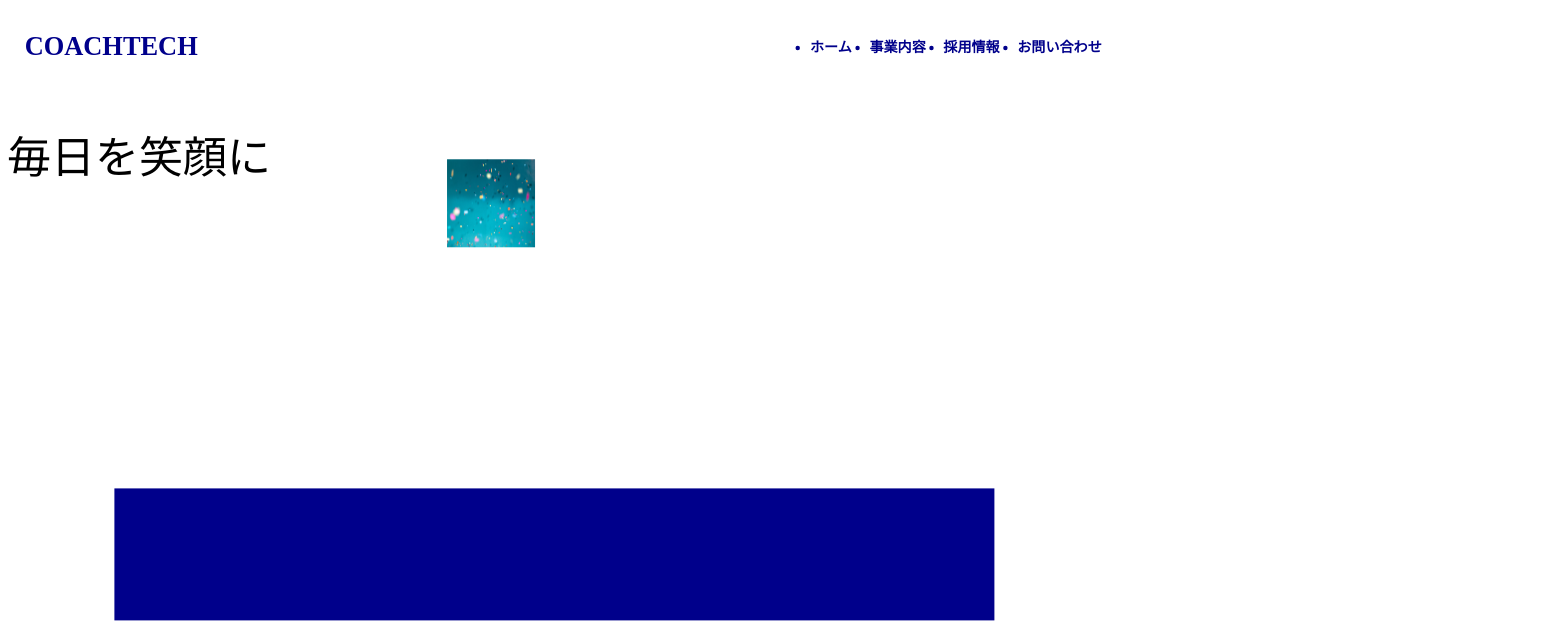
Repository: moro-ayu3/20230213_morohoshi
Page: index.html
These files come from the project's save history. The page is drawn as it stood at one moment and after a run of saves; the edit follows.
The browser window is 1280 px wide. The page is 1772 px wide, so the pictures cover 1772 px, including what lies to the right of the window. The pictures show the whole page, at 88% of full size.

Above is the page before, as saved 2023-02-14 10:09:54.

### index.html
<!DOCTYPE html>
<html lang="ja">

  <head>
    <meta charset="UTF-8" />
    <meta name="viewport" content="width=device-width, initial-scale=1.0" />
    <title>css演習問題</title>
    <link rel="stylesheet" href="./style.css">
  </head>

  <body>
   <header class="header">
    <h1 class="header-ttl">
     COACHTECH
    </h1>
    <ul class="header-list">
      <li class="header-item">ホーム</li><li class="header-item">事業内容</li><li class="header-item">採用情報</li><li class="header-item">お問い合わせ</li>
   </ul>
   </header>
   <main>
    <div class="flex">
     <p>毎日を笑顔に</p>
     <div class="relative img">
      <img src="img/firstview.jpeg" width="100" height="100"alt="firstview">
     </div>
     <div class="absolute blue-box"></div>
    </div>
   </main>
  </body>

</html>

### style.css
.header {
  display: flex;
  justify-content: space-between;
  align-items: center;
  margin-top: 15px;
  color: #00008b;
}

.header-ttl {
  font-size: 30px;
  margin-left: 20px;
}

.header-list {
  display: flex;
  font-weight: bold;
}

.header-item {
  margin-right: 20px;
}

p {
  display: flex;
  flex-direction: row;
  color: black;
  font-size: 50px;
}

.relative {
  position: relative;
  bottom: 80px;
  left: 500px;
  z-index: 10;
}

.img {
  width: 100%;
  height: auto;
}

.absolute {
  position: absolute;
  bottom: 15px;
  right: 150px;
  z-index: 0;
}

.blue-box {
  width: 1000px;
  height: 150px;
  background-color: #00008b;
}

After the next 2 saves:
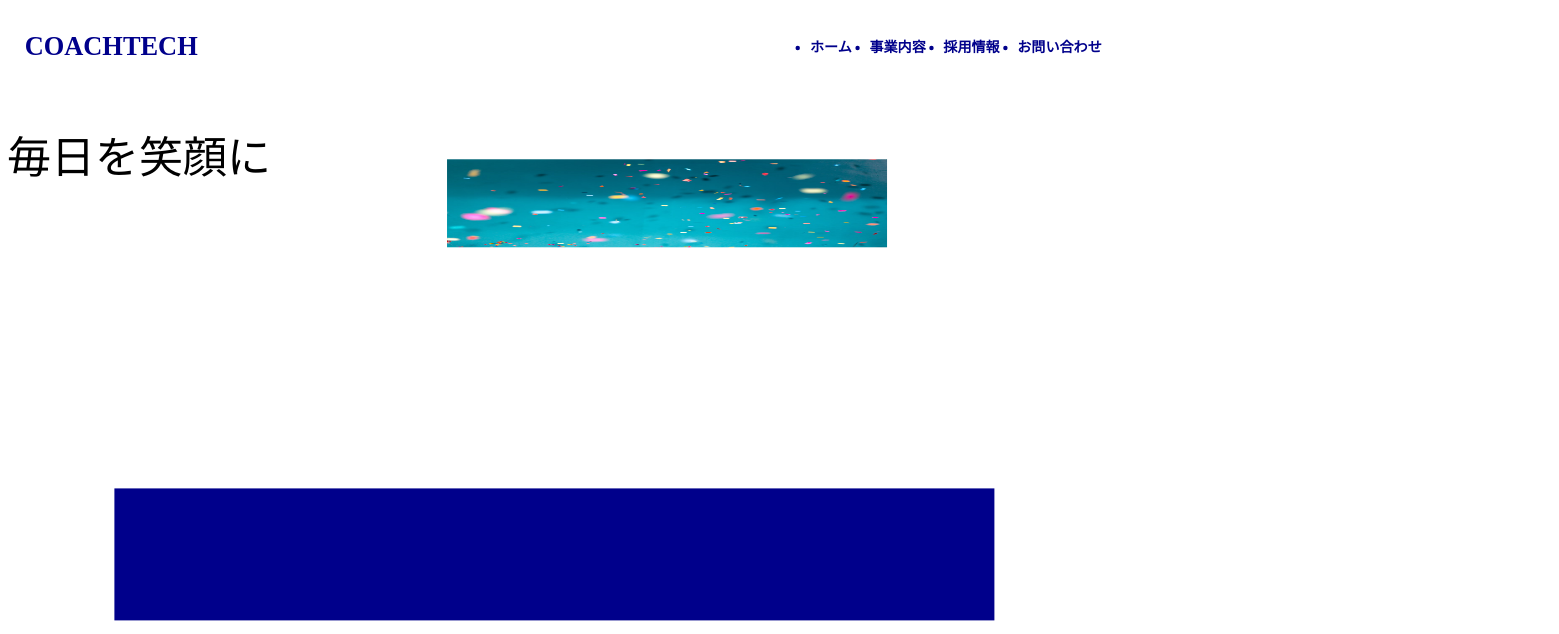
The 2 saves are shown as one change because they came seconds apart.
The last was saved 53 s later.
--- a/index.html
+++ b/index.html
@@ -21,7 +21,7 @@
     <div class="flex">
      <p>毎日を笑顔に</p>
      <div class="relative img">
-      <img src="img/firstview.jpeg" width="100" height="100"alt="firstview">
+      <img src="img/firstview.jpeg" width="500" height="100"alt="firstview">
      </div>
      <div class="absolute blue-box"></div>
     </div>
